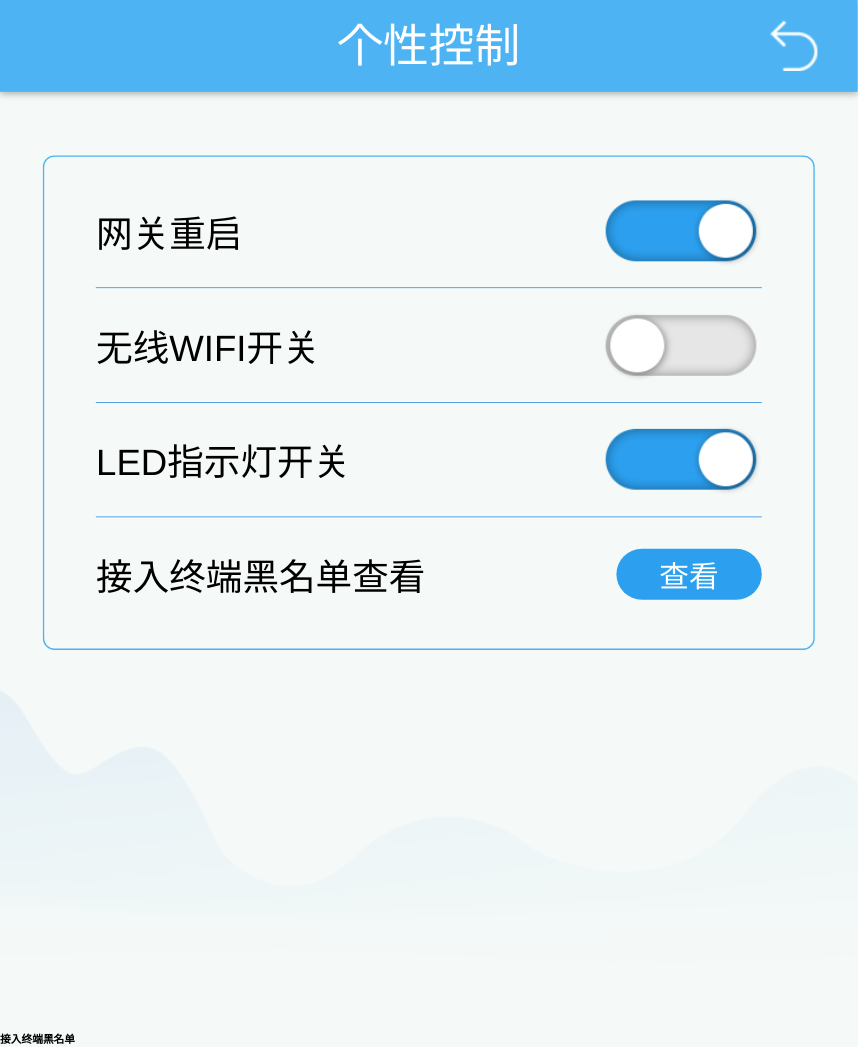
Repository: wangbiaozy/8.24
Page: index_control.html
An editor plug-in stored every save of this project. The page is shown before and after the next save, followed by the edit.
The browser window is 1280 px wide. The pictures show the whole page, at 67% of full size.

Above is the page before, as saved 2018-08-22 18:17:51.

After the next save:
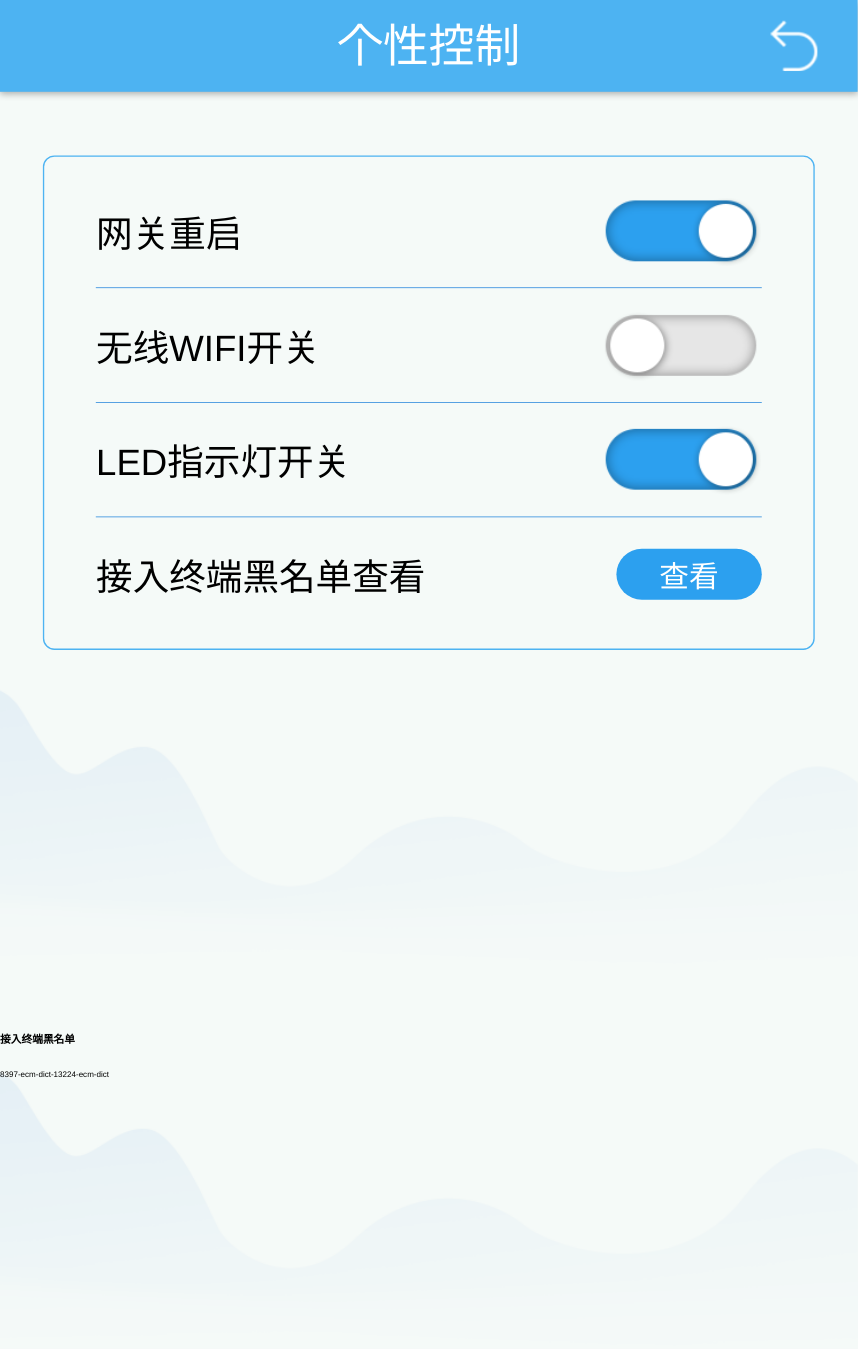
Saved 4 min 39 s later.
--- a/index_control.html
+++ b/index_control.html
@@ -40,6 +40,11 @@
     <!-- 黑名单弹窗 -->
     <section class="blacklistModel">
         <h2><span></span>接入终端黑名单</h2>
+        <div>
+            <ul>
+                <li>8397-ecm-dict-13224-ecm-dict</li>
+            </ul>
+        </div>
     </section>
 </body>
 </html>
